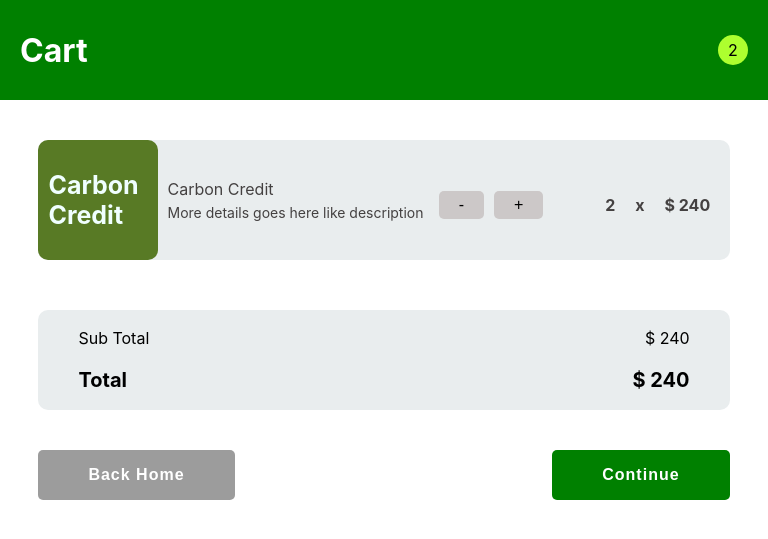
Repository: Yowani24/CarbonApp
Page: /cart
The author's editor kept a copy of each file at every save. The page is drawn from the files as they stood at one save, then again after a run of saves.
The browser window is 768 px wide. The pictures show the whole page.
The project was rebuilt for these pictures with package versions that can differ from the ones it lists, and the page was loaded fresh each time. The framework's server and built-in components were replaced by stand-ins that run in the browser. Also part of the build but not shown: next.config.js.

Above is the page before, as saved 2021-09-26 23:18:58.

After the next 2 saves:
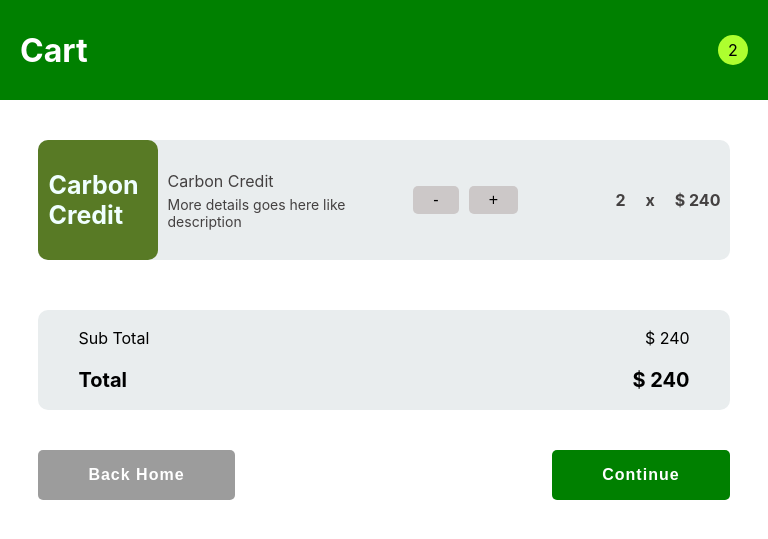
The 2 saves are shown as one change because they came seconds apart.
The last was saved 79 s later.
--- a/pages/cart/Cart.module.css
+++ b/pages/cart/Cart.module.css
@@ -184,11 +184,6 @@
         width: 90%;
         margin: 0 auto;
         margin-top: 50px;
-    }
-    .details_wrapper{
-        width: 50%;
-        margin: 0 auto;
-        margin-top: 10px;
     }
 }
 

After the save that followed:
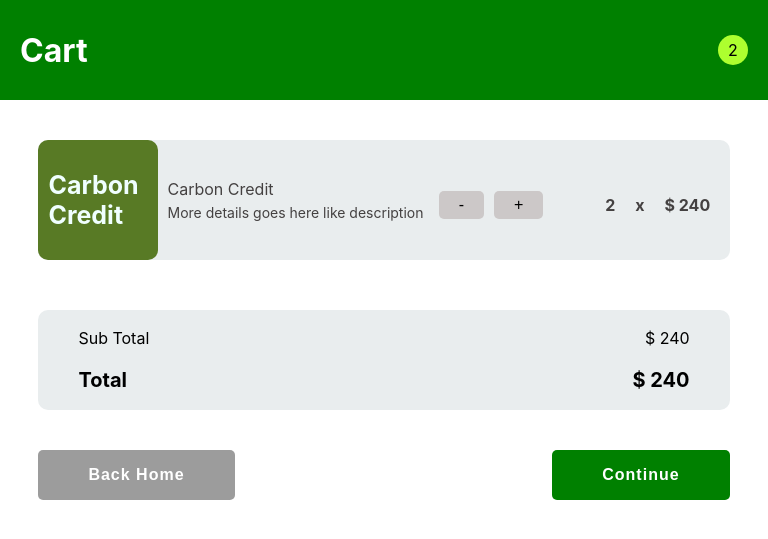
Saved 17 s later.
--- a/pages/cart/Cart.module.css
+++ b/pages/cart/Cart.module.css
@@ -150,6 +150,11 @@
         height: 120px;
         width: 90%;
         margin: 0 auto;
+    }
+    .details_wrapper{
+        width: 50%;
+        margin: 0 auto;
+        margin-top: 10px;
     }
 }
 
